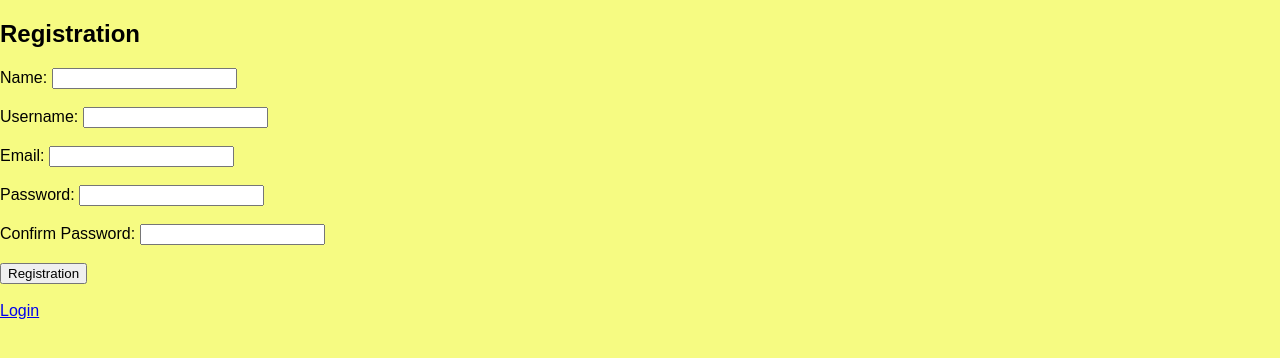
Repository: Acharya-Keerthana/Education
Page: http://localhost/education/reglog/registration.php
An editor plug-in stored every save of this project. The page is shown before and after the next save, followed by the edit.
The browser window is 1280 px wide. The pictures show the whole page.
The page is run by PHP 8.4 with error messages shown; the project is at /var/www/html/.

Above is the page before, as saved 2024-04-16 17:13:42.

After the next save:
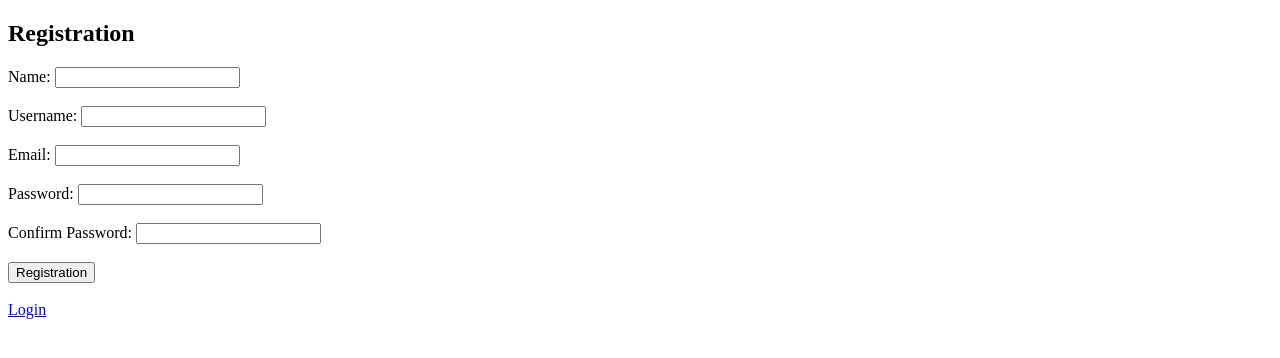
Saved 3 min 41 s later.
--- a/reglog/registration.php
+++ b/reglog/registration.php
@@ -35,98 +35,7 @@
     <meta charset="UTF-8">
     <meta name="viewport" content="width=device-width, initial-scale=1.0">
     <title>Registration</title>
-    <style>
-        /* General Body Styles */
-        body {
-            margin: 0;
-            padding: 0;
-            font-family: 'Arial', sans-serif; /* Ensures font consistency */
-            animation: backgroundChange 30s infinite alternate;
-        }
 
-        /* Keyframes for background color animation */
-        @keyframes backgroundChange {
-            0% { background-color: #85FFBD; }
-            25% { background-color: #FFFB7D; }
-            50% { background-color: #B28DFF; }
-            75% { background-color: #FF7EB7; }
-            100% { background-color: #85FFBD; }
-        }
-
-        /* Form Styling */
-        .form-group {
-            margin-bottom: 16px;
-        }
-
-        .form-group label {
-            display: block;
-            margin-bottom: 4px;
-        }
-
-        .form-group input, .form-group textarea {
-            width: 100%; /* Full width of parent */
-            padding: 10px;
-            margin: 8px 0;
-            box-sizing: border-box; /* Includes padding and border in the element's width and height */
-            border: 2px solid #ccc; /* Default border */
-            border-radius: 4px; /* Rounded corners */
-            transition: border 0.3s ease-in-out, transform 0.3s ease-in-out, box-shadow 0.3s ease-in-out; /* Smooth transition for border color change */
-        }
-
-        .form-group input:hover, .form-group textarea:hover {
-            border: 2px solid #444; /* Darker border on hover */
-            transform: translateY(-2px); /* Move the element up slightly on hover */
-            box-shadow: 0 2px 4px rgba(0, 0, 0, 0.1); /* Add a subtle shadow on hover */
-        }
-
-        /* Button Styling */
-        .submit-btn {
-            background-color: #4CAF50; /* Green background */
-            color: white;
-            padding: 14px 20px;
-            margin: 8px 0;
-            border: none;
-            border-radius: 4px;
-            cursor: pointer;
-            transition: background-color 0.3s ease, transform 0.3s ease-in-out, box-shadow 0.3s ease-in-out; /* Smooth transition for background color change */
-        }
-
-        .submit-btn:hover {
-            background-color: #45a049; /* Darker green on hover */
-            transform: translateY(-2px); /* Move the button up slightly on hover */
-            box-shadow: 0 2px 4px rgba(0, 0, 0, 0.1); /* Add a subtle shadow on hover */
-        }
-
-        /* Container and Heading Styling */
-        .container {
-            background-color: white;
-            padding: 20px;
-            border-radius: 5px;
-            max-width: 500px;
-            margin: 0 auto;
-            animation: pulse 2s infinite; /* Add a subtle pulse animation to the container */
-        }
-
-        @keyframes pulse {
-            0% { box-shadow: 0 0 0 0px rgba(0, 0, 0, 0.1); }
-            50% { box-shadow: 0 0 0 10px rgba(0, 0, 0, 0); }
-            100% { box-shadow: 0 0 0 0px rgba(0, 0, 0, 0.1); }
-        }
-
-        .heading {
-            color: #333;
-        }
-
-        /* Center the "Already have an account?" link */
-        .login-link {
-            display: block;
-            text-align: center;
-            margin: 16px auto;
-            font-size: 14px;
-            text-decoration: none;
-            color: #333;
-        }
-    </style>
 </head>
 <body>
     <h2>Registration</h2>
@@ -134,7 +43,7 @@
     <label for="name">Name:</label>
     <input type="text" name="name" id="name"  required value=""><br><br>
     <label for="username">Username:</label>
-    <input type="text" name="usernamename" id="username"  required value=""><br><br>
+    <input type="text" name="username" id="username"  required value=""><br><br>
     <label for="email">Email:</label>
     <input type="email" name="email" id="email"  required value=""><br><br>
     <label for="password">Password:</label>

After the save that followed:
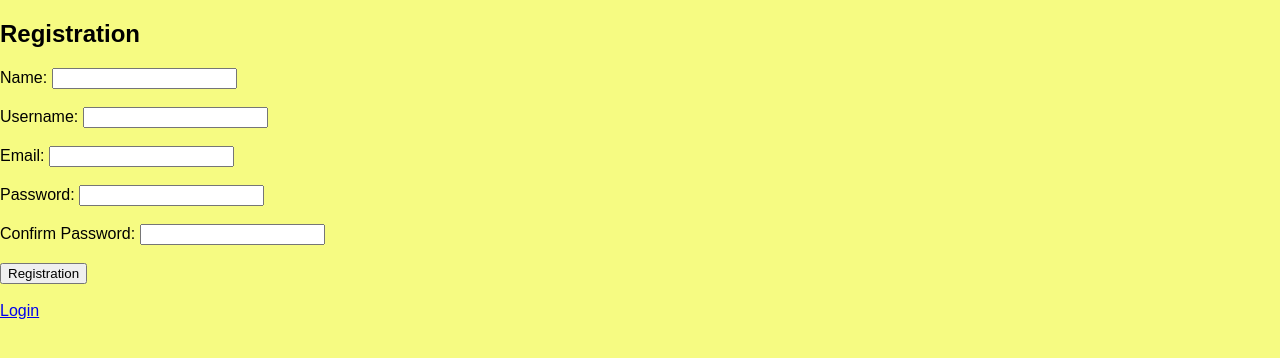
Saved 62 s later.
--- a/reglog/registration.php
+++ b/reglog/registration.php
@@ -35,7 +35,98 @@
     <meta charset="UTF-8">
     <meta name="viewport" content="width=device-width, initial-scale=1.0">
     <title>Registration</title>
+    <style>
+/* General Body Styles */
+body {
+    margin: 0;
+    padding: 0;
+    font-family: 'Arial', sans-serif; /* Ensures font consistency */
+    animation: backgroundChange 30s infinite alternate;
+}
 
+/* Keyframes for background color animation */
+@keyframes backgroundChange {
+    0% { background-color: #85FFBD; }
+    25% { background-color: #FFFB7D; }
+    50% { background-color: #B28DFF; }
+    75% { background-color: #FF7EB7; }
+    100% { background-color: #85FFBD; }
+}
+
+/* Form Styling */
+.form-group {
+    margin-bottom: 16px;
+}
+
+.form-group label {
+    display: block;
+    margin-bottom: 4px;
+}
+
+.form-group input, .form-group textarea {
+    width: 100%; /* Full width of parent */
+    padding: 10px;
+    margin: 8px 0;
+    box-sizing: border-box; /* Includes padding and border in the element's width and height */
+    border: 2px solid #ccc; /* Default border */
+    border-radius: 4px; /* Rounded corners */
+    transition: border 0.3s ease-in-out, transform 0.3s ease-in-out, box-shadow 0.3s ease-in-out; /* Smooth transition for border color change */
+}
+
+.form-group input:hover, .form-group textarea:hover {
+    border: 2px solid #444; /* Darker border on hover */
+    transform: translateY(-2px); /* Move the element up slightly on hover */
+    box-shadow: 0 2px 4px rgba(0, 0, 0, 0.1); /* Add a subtle shadow on hover */
+}
+
+/* Button Styling */
+.submit-btn {
+    background-color: #4CAF50; /* Green background */
+    color: white;
+    padding: 14px 20px;
+    margin: 8px 0;
+    border: none;
+    border-radius: 4px;
+    cursor: pointer;
+    transition: background-color 0.3s ease, transform 0.3s ease-in-out, box-shadow 0.3s ease-in-out; /* Smooth transition for background color change */
+}
+
+.submit-btn:hover {
+    background-color: #45a049; /* Darker green on hover */
+    transform: translateY(-2px); /* Move the button up slightly on hover */
+    box-shadow: 0 2px 4px rgba(0, 0, 0, 0.1); /* Add a subtle shadow on hover */
+}
+
+/* Container and Heading Styling */
+.container {
+    background-color: white;
+    padding: 20px;
+    border-radius: 5px;
+    max-width: 500px;
+    margin: 0 auto;
+    animation: pulse 2s infinite; /* Add a subtle pulse animation to the container */
+}
+
+@keyframes pulse {
+    0% { box-shadow: 0 0 0 0px rgba(0, 0, 0, 0.1); }
+    50% { box-shadow: 0 0 0 10px rgba(0, 0, 0, 0); }
+    100% { box-shadow: 0 0 0 0px rgba(0, 0, 0, 0.1); }
+}
+
+.heading {
+    color: #333;
+}
+
+/* Center the "Already have an account?" link */
+.login-link {
+    display: block;
+    text-align: center;
+    margin: 16px auto;
+    font-size: 14px;
+    text-decoration: none;
+    color: #333;
+}
+</style>
 </head>
 <body>
     <h2>Registration</h2>
